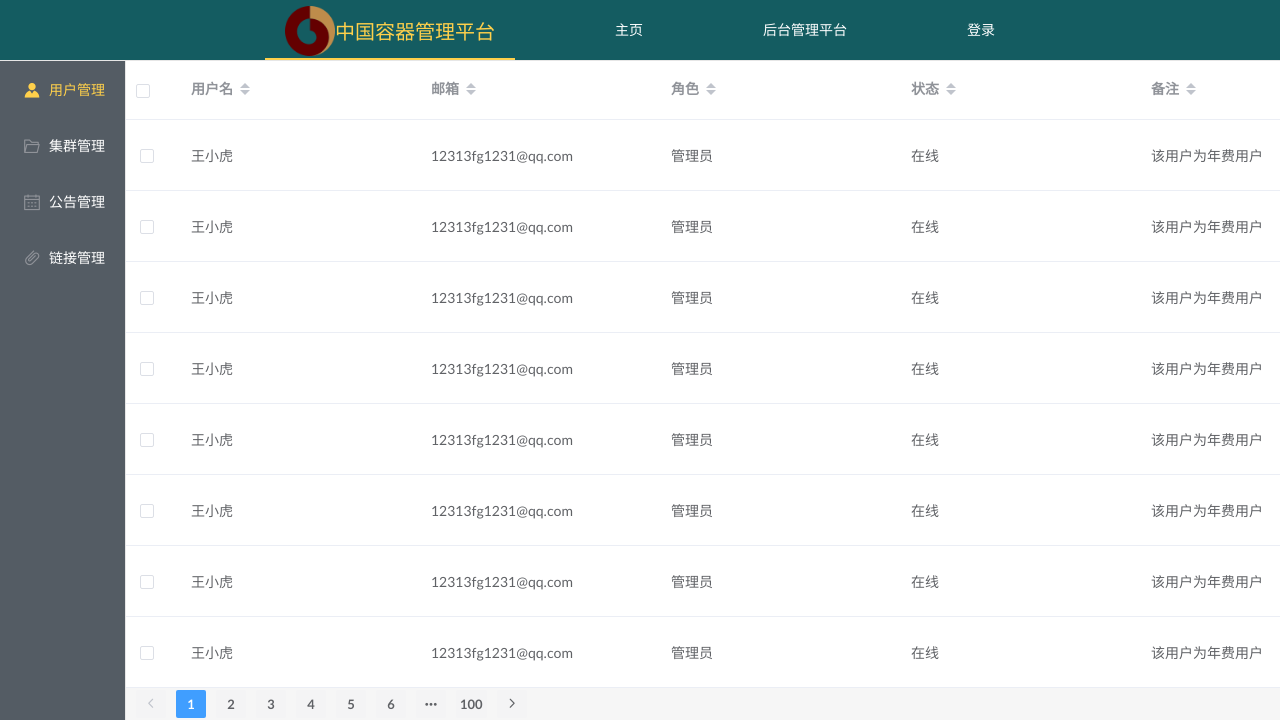
Repository: lei123zhou/zhongjin
Page: /main/management/user
The author's editor kept a copy of each file at every save. The page is drawn from the files as they stood at one save, then again after the next save.
The browser window is 1280 px wide. The pictures show the whole page.
The project was rebuilt for these pictures with package versions that can differ from the ones it lists, and the page was loaded fresh each time. Also part of the build but not shown: vue.config.js.

Above is the page before, as saved 2022-08-29 22:26:53.

After the next save:
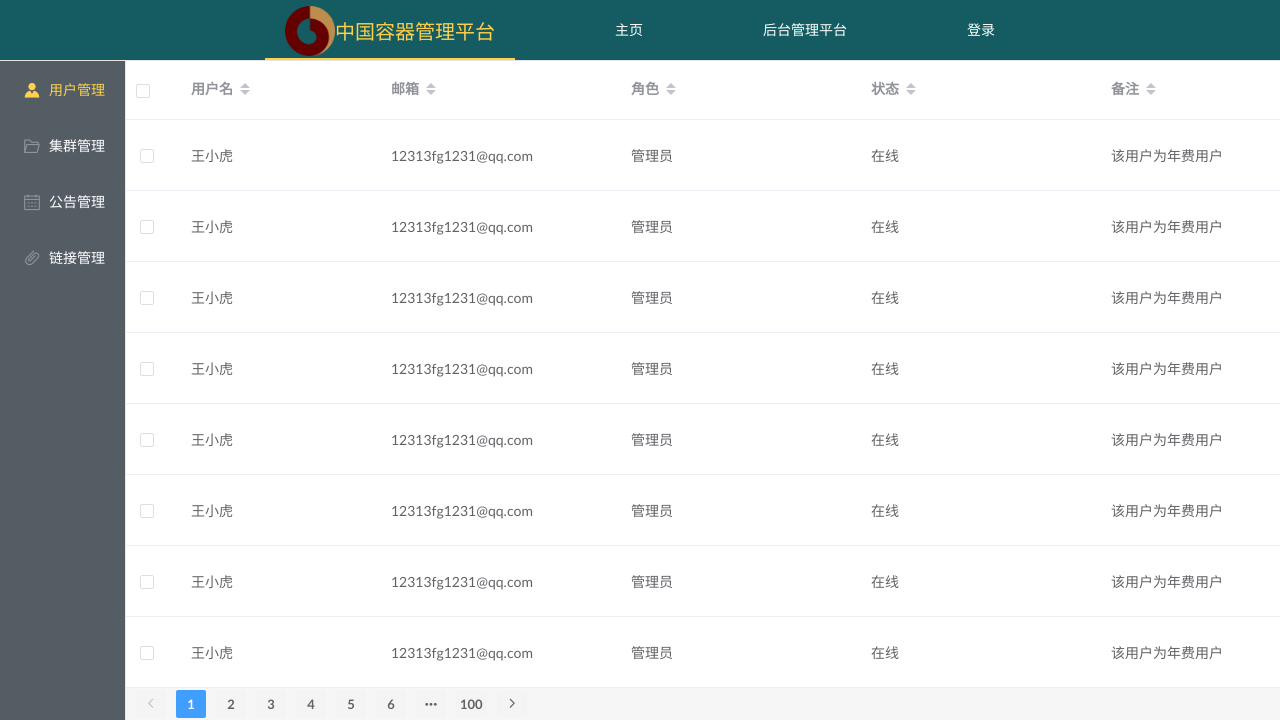
Saved 4 s later.
--- a/src/pages/management/user/UserPage.vue
+++ b/src/pages/management/user/UserPage.vue
@@ -8,7 +8,7 @@
       @selection-change="handleSelectionChange"
     >
       <el-table-column type="selection" width="55"> </el-table-column>
-      <el-table-column prop="username" label="用户名" sortable width="240">
+      <el-table-column prop="username" label="用户名" sortable width="200">
       </el-table-column>
       <el-table-column prop="email" label="邮箱" sortable width="240">
       </el-table-column>
